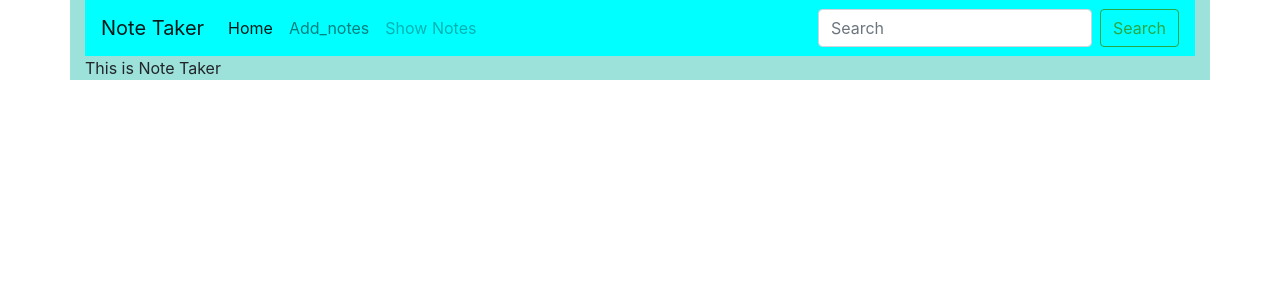
Repository: PratibhaMastud/index.jsp
Page: http://localhost/JavaWebApp/
The author's editor kept a copy of each file at every save. The page is drawn from the files as they stood at one save, then again after the next save.
The browser window is 1280 px wide. The pictures show the whole page.
Some web libraries are served in a nearby version. The page is served by Tomcat 9. Other server files are loaded and not shown.

Above is the page before, as saved 2020-06-29 08:49:19.

### JavaWebApp/src/main/webapp/index.jsp
<!doctype html>
<html lang="en">
  <head>
   <meta charset="utf-8">
    <meta name="viewport" content="width=device-width, initial-scale=1, shrink-to-fit=no">
  	    <title>Home</title>
  		<%@include file="all_css_js.jsp"%>

  </head>
  <body>
<div class="container" style="background:rgb(157, 225, 219)">
	<%@include file="navbar.jsp"%>
	<p>This is Note Taker</p>
</div>
</body>
</html>

### JavaWebApp/src/main/webapp/all_css_js.jsp
  <!-- Required meta tags -->

    <!-- Bootstrap CSS -->
    <link rel="stylesheet"
    href="https://maxcdn.bootstrapcdn.com/bootstrap/4.0.0/css/bootstrap.min.css"
    integrity="sha384-Gn5384xqQ1aoWXA+058RXPxPg6fy4IWvTNh0E263XmFcJlSAwiGgFAW/dAiS6JXm"
    crossorigin="anonymous">

	<link href="css/style.css" rel="stylesheet"/>

   <!-- Optional JavaScript -->
    <!-- jQuery first, then Popper.js, then Bootstrap JS -->
    <script src="https://code.jquery.com/jquery-3.2.1.slim.min.js"
     integrity="sha384-KJ3o2DKtIkvYIK3UENzmM7KCkRr/rE9/Qpg6aAZGJwFDMVNA/GpGFF93hXpG5KkN"
     crossorigin="anonymous"></script>
    <script src="https://cdnjs.cloudflare.com/ajax/libs/popper.js/1.12.9/umd/popper.min.js"
    integrity="sha384-ApNbgh9B+Y1QKtv3Rn7W3mgPxhU9K/ScQsAP7hUibX39j7fakFPskvXusvfa0b4Q"
    crossorigin="anonymous"></script>
    <script src="https://maxcdn.bootstrapcdn.com/bootstrap/4.0.0/js/bootstrap.min.js"
    integrity="sha384-JZR6Spejh4U02d8jOt6vLEHfe/JQGiRRSQQxSfFWpi1MquVdAyjUar5+76PVCmYl"
    crossorigin="anonymous"></script>

### JavaWebApp/src/main/webapp/navbar.jsp
<nav class="navbar navbar-expand-lg navbar-light" style="background :#00ffff">
  <a class="navbar-brand" href="#">Note Taker</a>
  <button class="navbar-toggler" type="button" data-toggle="collapse" data-target="#navbarSupportedContent" aria-controls="navbarSupportedContent" aria-expanded="false" aria-label="Toggle navigation">
    <span class="navbar-toggler-icon"></span>
  </button>

  <div class="collapse navbar-collapse" id="navbarSupportedContent">
    <ul class="navbar-nav mr-auto">
      <li class="nav-item active">
        <a class="nav-link" href="index.jsp">Home<span class="sr-only">(current)</span></a>
      </li>
      <li class="nav-item">
        <a class="nav-link" href="add_notes.jsp">Add_notes</a>
      </li>

      <li class="nav-item">
        <a class="nav-link disabled" href="all_notes.jsp">Show Notes</a>
      </li>
    </ul>
    <form class="form-inline my-2 my-lg-0">
      <input class="form-control mr-sm-2" type="search" placeholder="Search" aria-label="Search">
      <button class="btn btn-outline-success my-2 my-sm-0" type="submit">Search</button>
    </form>
  </div>
</nav>

### JavaWebApp/src/main/webapp/css/style.css
.purple{
	background :rgb(157, 225, 219);
}

After the next save:
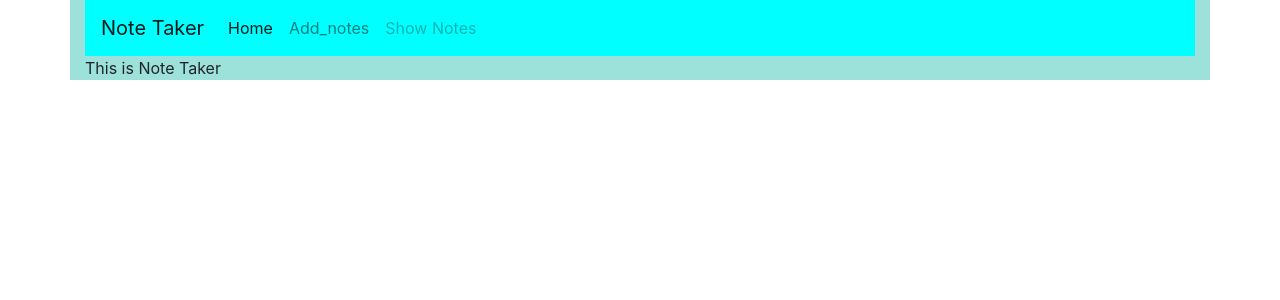
Saved 112 s later.
--- a/JavaWebApp/src/main/webapp/navbar.jsp
+++ b/JavaWebApp/src/main/webapp/navbar.jsp
@@ -17,9 +17,6 @@
         <a class="nav-link disabled" href="all_notes.jsp">Show Notes</a>
       </li>
     </ul>
-    <form class="form-inline my-2 my-lg-0">
-      <input class="form-control mr-sm-2" type="search" placeholder="Search" aria-label="Search">
-      <button class="btn btn-outline-success my-2 my-sm-0" type="submit">Search</button>
-    </form>
+
   </div>
 </nav>
